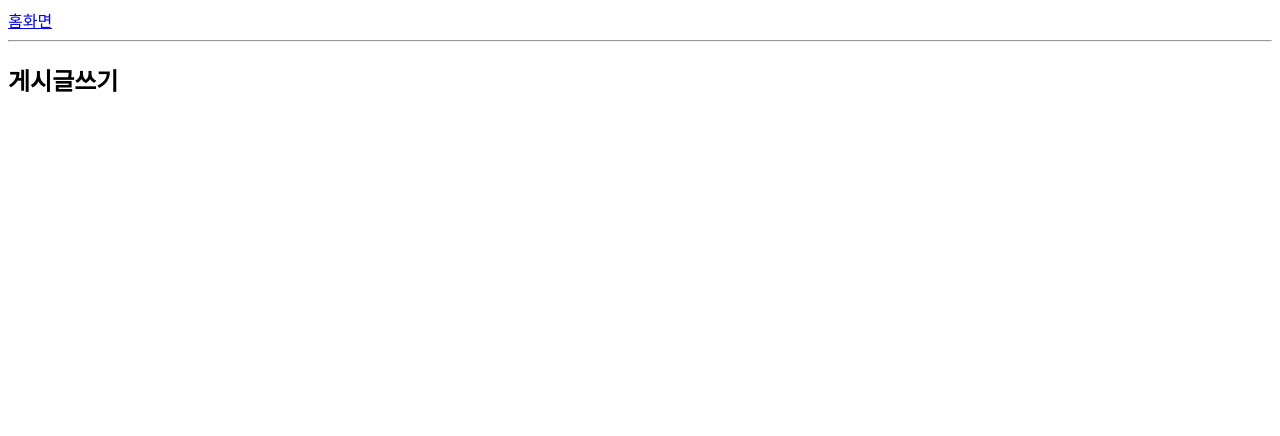
Repository: KimHyeonJun1/Study_Web302
Page: 01.Servlet01/src/main/webapp/board/register.html
An editor plug-in stored every save of this project. The page is shown before and after the next save, followed by the edit.
The browser window is 1280 px wide. The pictures show the whole page.

Above is the page before, as saved 2024-06-21 06:09:00.

### 01.Servlet01/src/main/webapp/board/register.html
<!DOCTYPE html>
<html>
<head>
<meta charset="UTF-8">
<title>Insert title here</title>
</head>
<body>
<a href="../index.html">홈화면</a>

<hr>
<h2>게시글쓰기</h2>

</body>
</html>

After the next save:
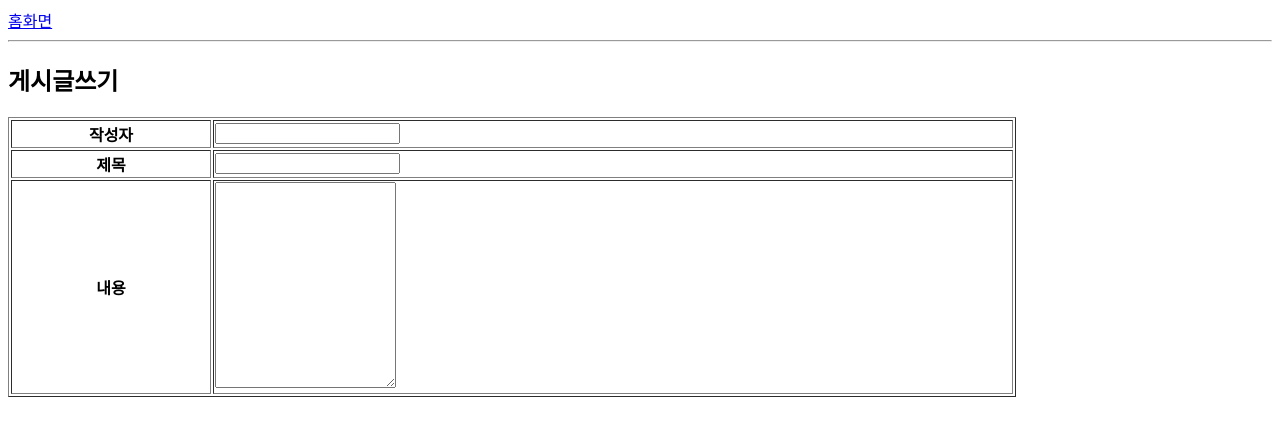
Saved 3 min 26 s later.
--- a/01.Servlet01/src/main/webapp/board/register.html
+++ b/01.Servlet01/src/main/webapp/board/register.html
@@ -10,5 +10,24 @@
 <hr>
 <h2>게시글쓰기</h2>
 
+<table border='1'>
+<colgroup>
+	<col width="200px">
+	<col width="800px">
+</colgroup>
+<tr><th>작성자</th>
+	<td><input type="text" name="writer"></td>
+</tr>
+
+<tr><th>제목</th>
+	<td><input type="text" name="title"></td>
+</tr>
+
+<tr><th>내용</th>
+	<td><textarea style="height:200px"></textarea></td>
+</tr>
+</table>
+
+
 </body>
 </html>
